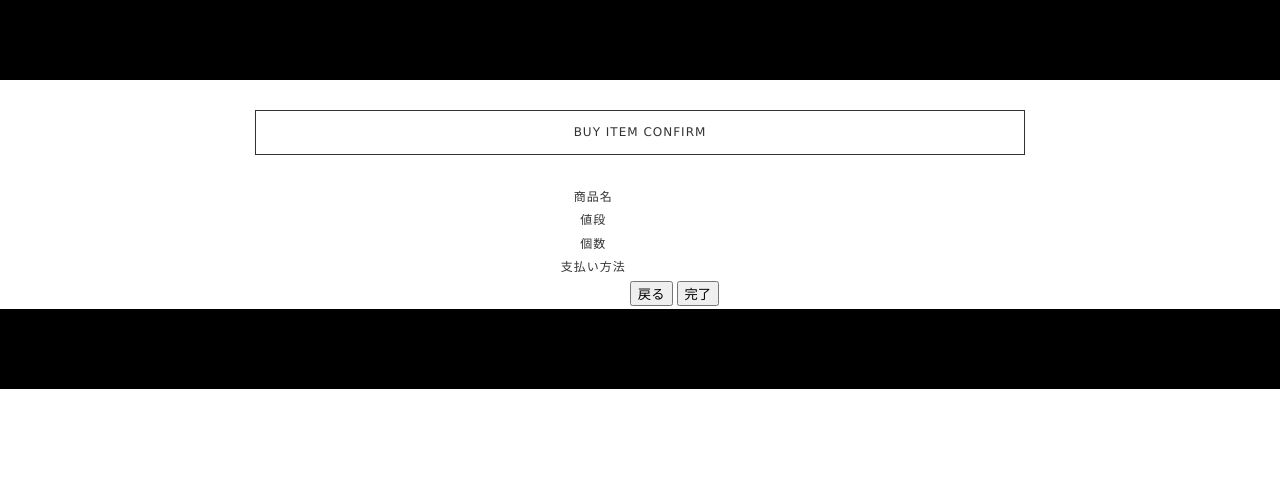
Repository: kf3225/backup
Page: http://localhost/ecsite/buyItemConfirm.jsp
The author's editor kept a copy of each file at every save. The page is drawn from the files as they stood at one save, then again after the next save.
The browser window is 1280 px wide. The pictures show the whole page.
Some web libraries are served in a nearby version. The page is served by Tomcat 9. Other server files are loaded and not shown.

Above is the page before, as saved 2018-01-25 01:58:57.

### ecsite/WebContent/buyItemConfirm.jsp
<%@ page language="java" contentType="text/html; charset=UTF-8"
    pageEncoding="UTF-8"%>
<%@ taglib prefix="s" uri="/struts-tags" %>
<!DOCTYPE html PUBLIC "-//W3C//DTD HTML 4.01 Transitional//EN" "http://www.w3.org/TR/html4/loose.dtd">
<html>
<head>
<meta http-equiv="Content-Type" content="text/html; charset=UTF-8" />
<meta http-equiv="Content-Style-Type" content="text/css" />
<meta http-equiv="Content-Script-Type" content="text/javascript" />
<meta http-equiv="imagetoolbar" content="no" />
<meta name="description" content="" />
<meta name="keywords" content="" />
<script src="http://ajax.googleapis.com/ajax/libs/jquery/1.9.1/jquery.min.js"></script>

<title>BUY ITEM CONFIRM</title>

<style type="text/css">

/* =====TAG LAYOUT ===== */
body {
	margin:0;
	padding:0;
	line-height:1.6;
	letter-spacing:1px;
	font-family:Verdana, Helvetica, sans-serif;
	font-size:12px;
	color:#333;
	background-color:#fff;
}

table {
	margin:0 auto;
	text-align:center;
}

/* ===== ID LAYOUT ===== */
#top {
	width:60%;
	margin:30px auto;
	border:1px solid #333;
}

#header {
	width:100%;
	height:80px;
	background-color:black;
}

#main {
	width:100%
	height:500px;
	background-color:#fff;
	text-align:center;
}

#footer {
	width:100%;
	height:80px;
	background-color:black;
	clear:both;
}
</style>

<script type="text/javascript">
	function submitAction(url) {
		$('form').attr('action', url);
		$('form').submit();
	}
</script>

</head>
<body>
	<div id="header">
		<div id="pr"></div>
	</div>

	<div id="main">
		<div id="top"><p>BUY ITEM CONFIRM</p></div>
		<div>
			<s:form>
			<table>
				<tr>
					<td><span>商品名</span></td>
					<td><s:property value="session.buyItem_name" /></td>
				</tr>
				<tr>
					<td><span>値段</span></td>
					<td><s:property value="session.buyItem_price" /></td>
				</tr>
				<tr>
					<td><span>個数</span></td>
					<td><s:property value="session.count" /></td>
				</tr>
				<tr>
					<td><span>支払い方法</span></td>
					<td><s:property value="session.pay" /></td>
				</tr>
				<tr>
					<td><br></td>
					<td><input type="button" value="戻る" onClick="submitAction('HomeAction')" /></td>
					<td><input type="button" value="完了" onClick="submitAction('BuyItemConfirmAction')" /></td>
				</tr>
			</table>
			</s:form>
		</div>
	</div>

	<div id="footer">
		<div id="pr"></div>
	</div>
</body>
</html>

After the next save:
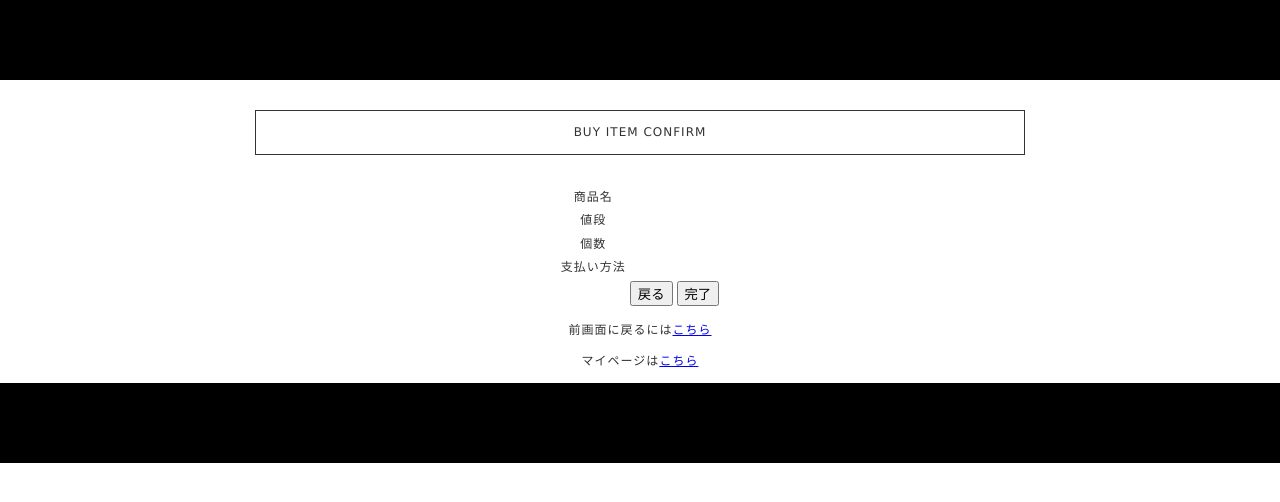
Saved 2 min 36 s later.
--- a/ecsite/WebContent/buyItemConfirm.jsp
+++ b/ecsite/WebContent/buyItemConfirm.jsp
@@ -103,6 +103,10 @@
 			</table>
 			</s:form>
 		</div>
+		<div>
+			<p>前画面に戻るには<a href='<s:url action="GoHomeAction" />'>こちら</a></p>
+			<p>マイページは<a href='<s:url action="MyPageAction" />'>こちら</a></p>
+		</div>
 	</div>
 
 	<div id="footer">
